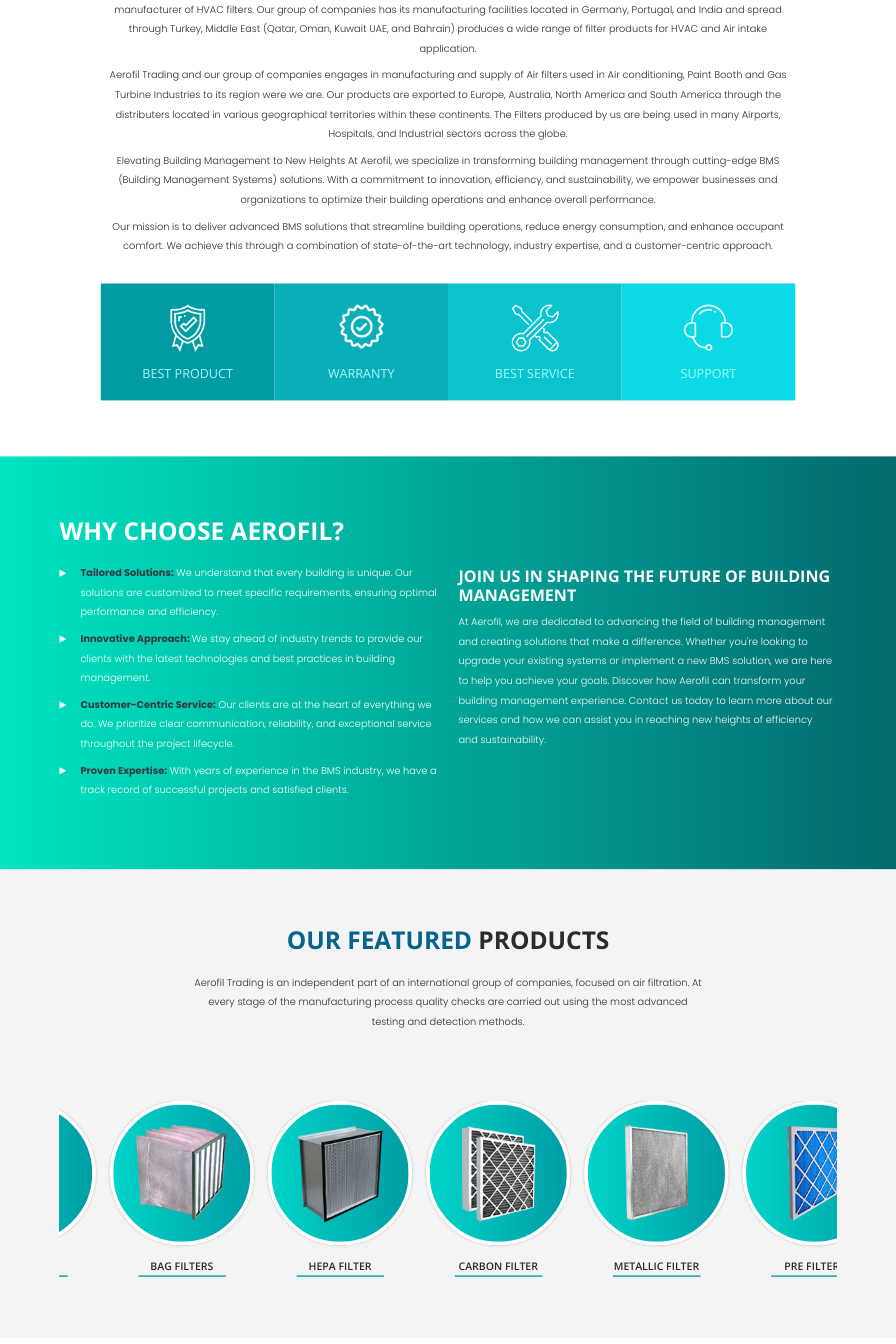
Repository: aslamvrtly/aerofil
Page: index.html
An editor plug-in stored every save of this project. The page is shown before and after a run of saves, followed by the edit.
The browser window is 1280 px wide. The pictures show the part of the page from y = 890 to 2810 px (the page is 5238 px tall), at 70% of full size.

Above is the page before, as saved 2024-09-04 21:09:52.

After the next 5 saves:
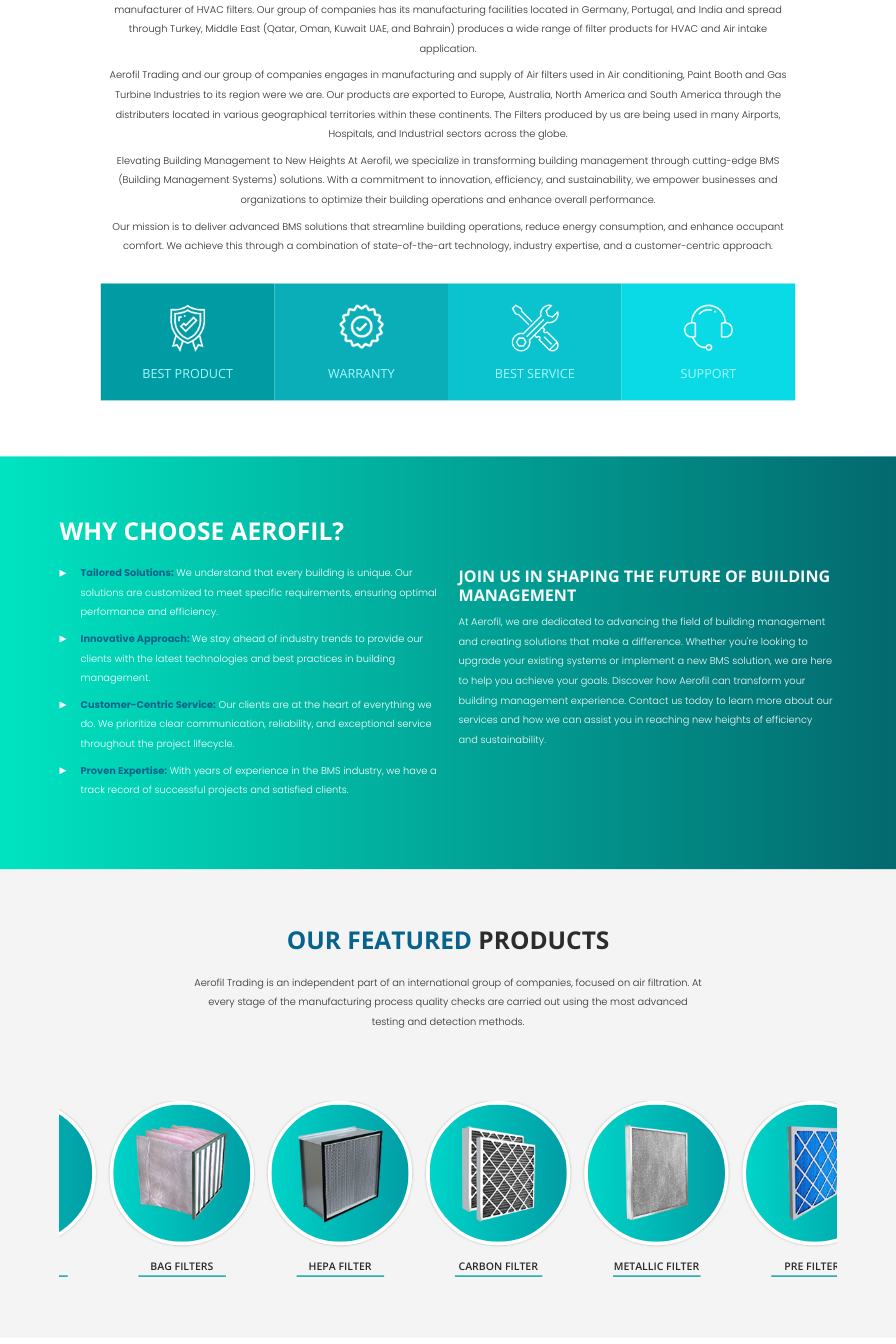
The 5 saves are shown as one change because they came seconds apart.
The last was saved 33 s later.
--- a/index.html
+++ b/index.html
@@ -237,19 +237,19 @@
 				<div class="col-md-6 aboutsec2">
 					<h2 class="text-uppercase">Why Choose Aerofil?</h2>
 					<ul>
-						<li><span class="font-weight-bold text-dark">Tailored Solutions:</span> We understand that every
+						<li><span class="font-weight-bold">Tailored Solutions:</span> We understand that every
 							building is unique. Our solutions are customized to meet specific requirements, ensuring
 							optimal performance and efficiency.
 						</li>
-						<li><span class="font-weight-bold text-dark">Innovative Approach: </span>We stay ahead of
+						<li><span class="font-weight-bold">Innovative Approach: </span>We stay ahead of
 							industry trends to provide our clients with the latest technologies and best practices in
 							building management.
 						</li>
-						<li><span class="font-weight-bold text-dark">Customer-Centric Service:</span> Our clients are at
+						<li><span class="font-weight-bold">Customer-Centric Service:</span> Our clients are at
 							the heart of everything we do. We prioritize clear communication, reliability, and
 							exceptional service throughout the project lifecycle.
 						</li>
-						<li><span class="font-weight-bold text-dark">Proven Expertise:</span> With years of experience
+						<li><span class="font-weight-bold">Proven Expertise:</span> With years of experience
 							in the BMS industry, we have a track record of successful projects and satisfied clients.
 						</li>
 					</ul>
